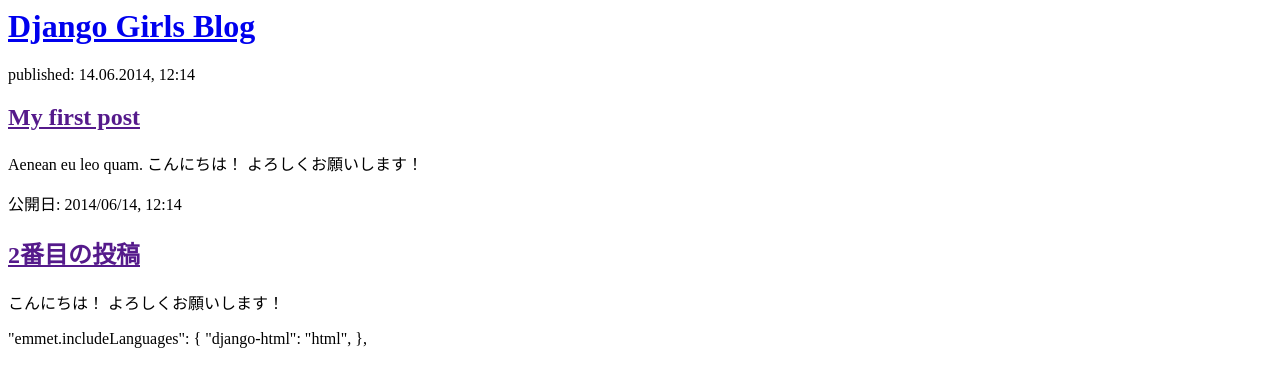
Repository: kosukepg13/my-first-blog
Page: http://localhost/
An editor plug-in stored every save of this project. The page is shown before and after the next save, followed by the edit.
The browser window is 1280 px wide. The pictures show the whole page.
The page is served by the project's application, run on Django 3.2 (manage.py).

Above is the page before, as saved 2022-06-01 01:57:42.

After the next save:
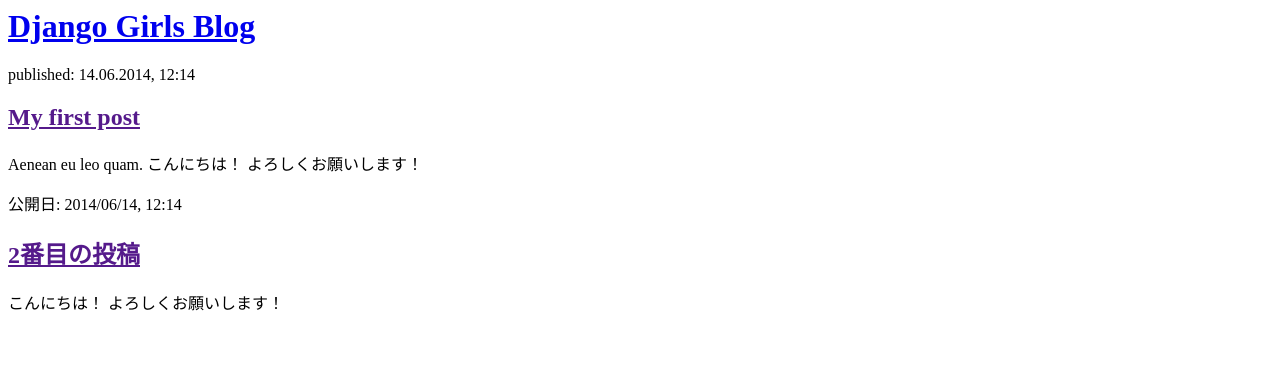
Saved 7 min 1 s later.
--- a/blog/templates/blog/post_list.html
+++ b/blog/templates/blog/post_list.html
@@ -21,7 +21,3 @@
         </div>
     </body>
 </html>
-
-"emmet.includeLanguages": {
-    "django-html": "html",
-},
